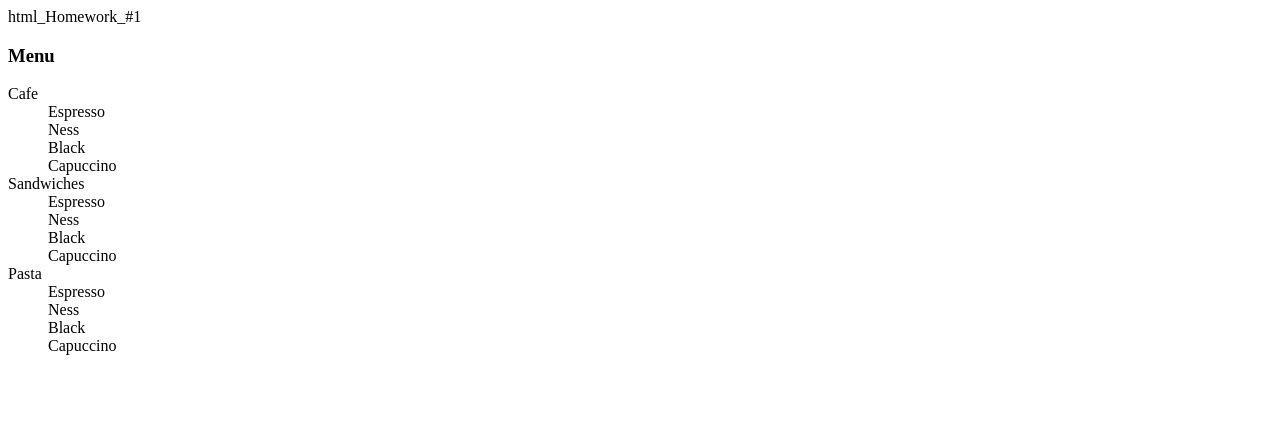
Repository: Julian-Escobar/menu
Page: index.html
An editor plug-in stored every save of this project. The page is shown before and after the next save, followed by the edit.
The browser window is 1280 px wide. The pictures show the whole page.

Above is the page before, as saved 2018-08-12 18:51:36.

After the next save:
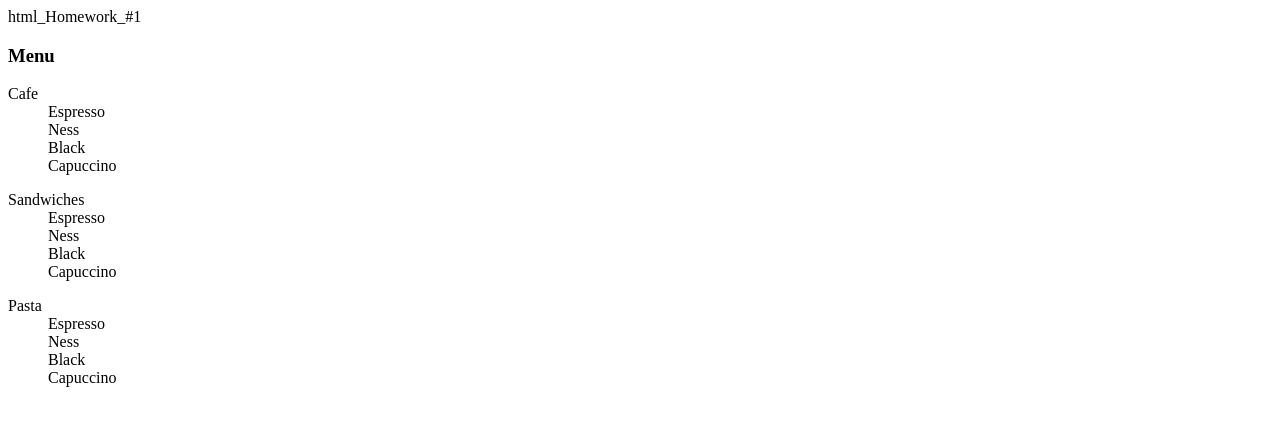
Saved 96 s later.
--- a/index.html
+++ b/index.html
@@ -11,13 +11,17 @@
     <dd>Ness</dd>
     <dd>Black</dd>
     <dd>Capuccino</dd>
+</dl>
 
+<dl>
     <dt>Sandwiches</dt>
     <dd>Espresso</dd>
     <dd>Ness</dd>
     <dd>Black</dd>
     <dd>Capuccino</dd>
+</dl>
 
+<dl>
     <dt>Pasta</dt>
     <dd>Espresso</dd>
     <dd>Ness</dd>
